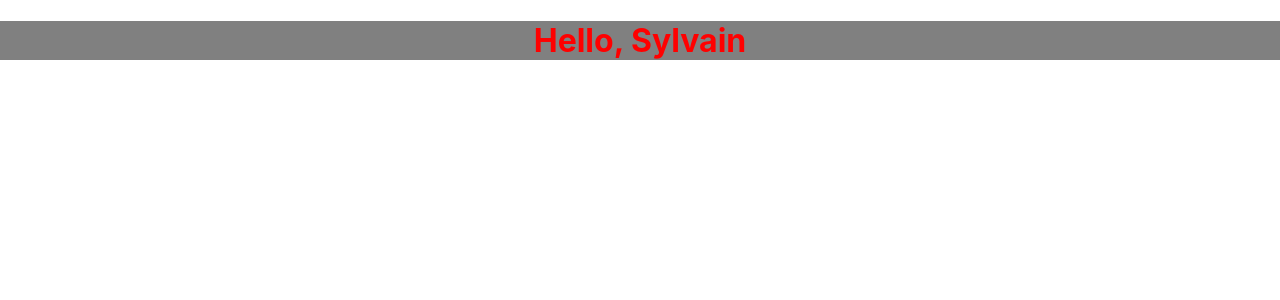
Repository: sylvainJacot/JS_Studio_2019
Page: /
The author's editor kept a copy of each file at every save. The page is drawn from the files as they stood at one save, then again after a run of saves.
The browser window is 1280 px wide. The pictures show the whole page.
The project was rebuilt for these pictures with package versions that can differ from the ones it lists, and the page was loaded fresh each time.

Above is the page before, as saved 2019-05-31 17:40:18.

### src/App.js
import React from "react";
import "./App.css";
import PropTypes from 'prop-types';
import Header from "./components/header";
import styled from 'styled-components';

const Body = styled.div`
background-color: grey;
margin: 0;
padding: 0;
`;

function App() {
  return (
    <div className="App">
      <Body>
<Header name="Sylvain"/>
</Body></div>
  );
}

App.propTypes = {
  name: PropTypes.string
}

export default App;

### src/components/header.js
import React from "react";
import PropTypes from 'prop-types';
import styled from 'styled-components';
import {color} from './color';

const HeaderContainer = styled.div`
background-color: $;
`;

const Title = styled.h1`
color: red;
`;


class Header extends React.Component {
    render() {
      return (
        <HeaderContainer>
        <Title>Hello, {this.props.name}</Title>
        </HeaderContainer>
      );
    }
  }

Header.propTypes = {
    name: PropTypes.string
  };

  Header.defaultProps = {
    name: 'Stranger'
  };

  export default Header;

### src/components/color.js
export const color = {
red:"#647842",
blue:"#000000",
};

Loaded but not shown: public/index.html (common file); src/index.js (common file); src/index.css (common file); src/serviceWorker.js (common file); src/App.css (common file)

After the next 3 saves:
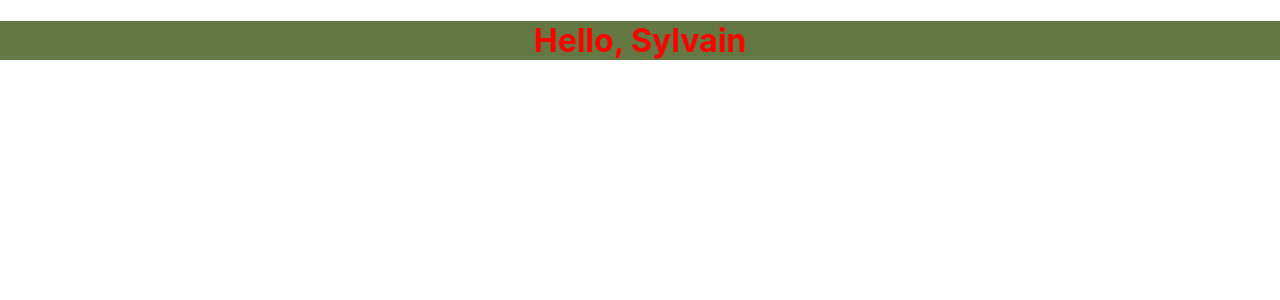
The 3 saves are shown as one change because 2 did not build or start.
The last was saved 48 s later.
--- a/src/components/header.js
+++ b/src/components/header.js
@@ -4,7 +4,7 @@
 import {color} from './color';
 
 const HeaderContainer = styled.div`
-background-color: $;
+background-color: ${color.red};
 `;
 
 const Title = styled.h1`
